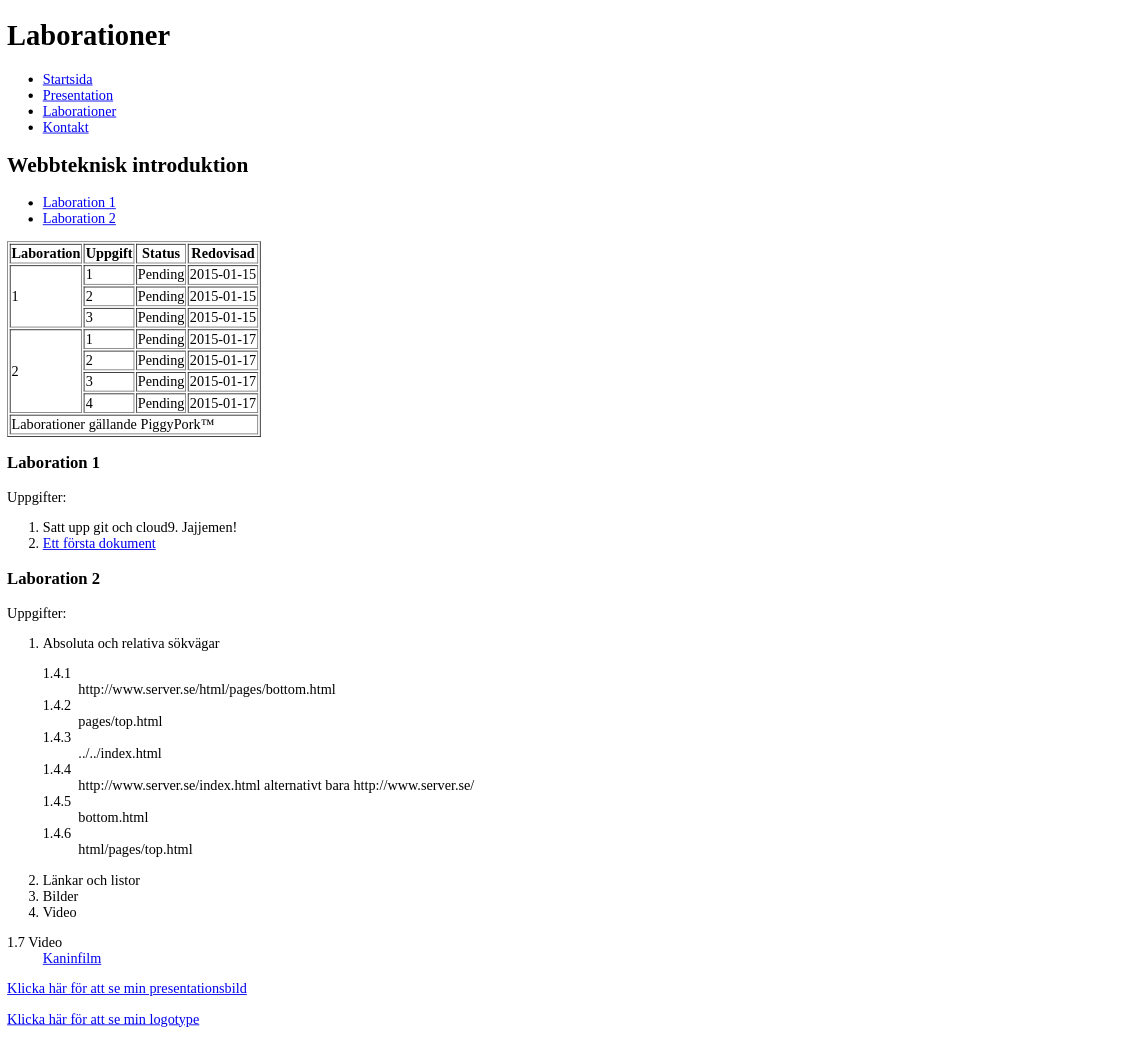
Repository: henriklideberg/labs
Page: pages/laborationer.html
The author's editor kept a record of every edit. The page is drawn from the files as they stood at one moment, then again after the next edit.
The browser window is 1280 px wide. The pictures show the whole page, at 89% of full size.

Above is the page before.

After the next edit:
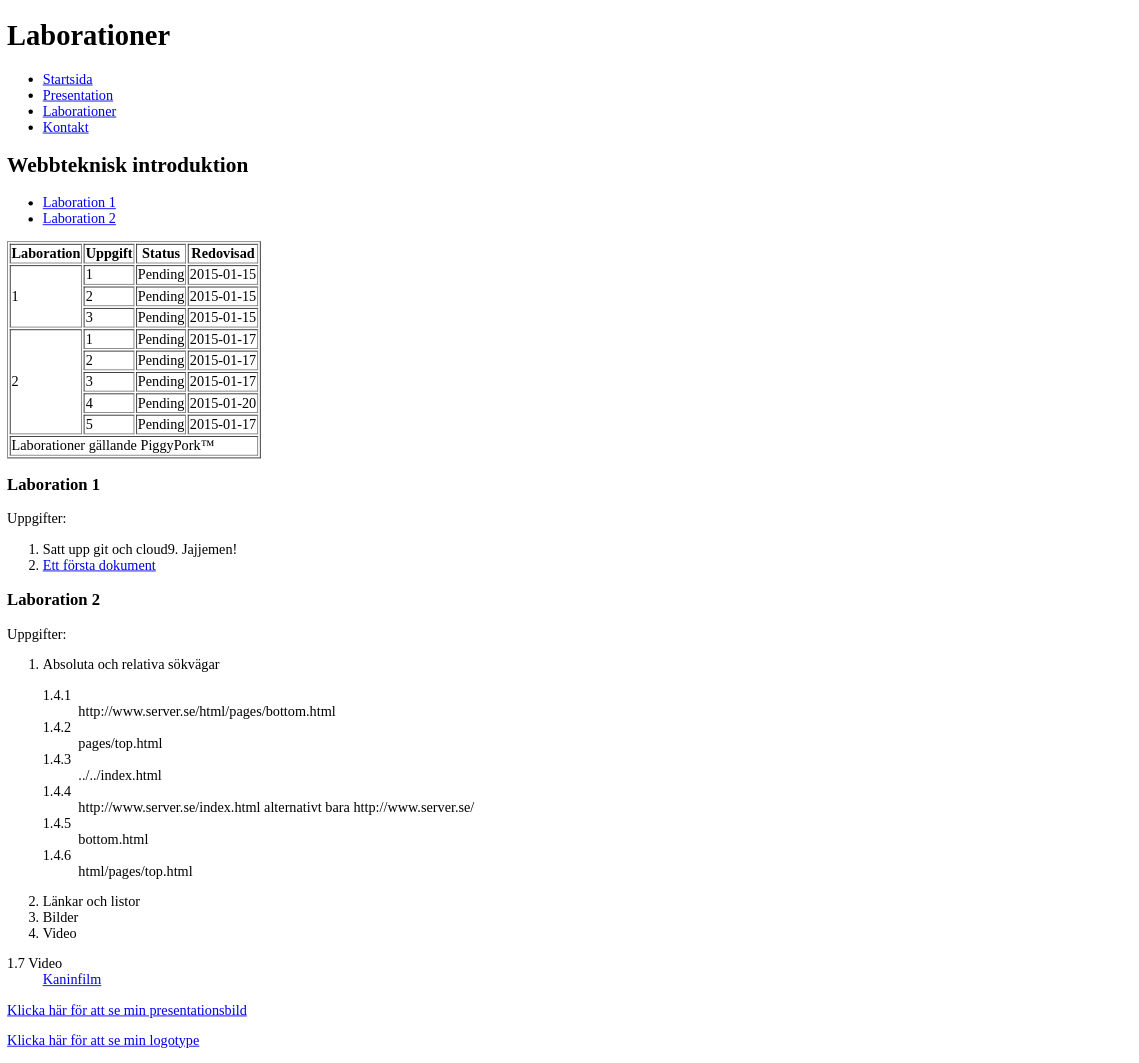
The edit:
--- a/pages/laborationer.html
+++ b/pages/laborationer.html
@@ -69,6 +69,11 @@
                 <tr>
                     <td>4</td>
                     <td>Pending</td>
+                    <td>2015-01-20</td>
+                </tr>
+                <tr>
+                    <td>5</td>
+                    <td>Pending</td>
                     <td>2015-01-17</td>
                 </tr>
             </tbody>
